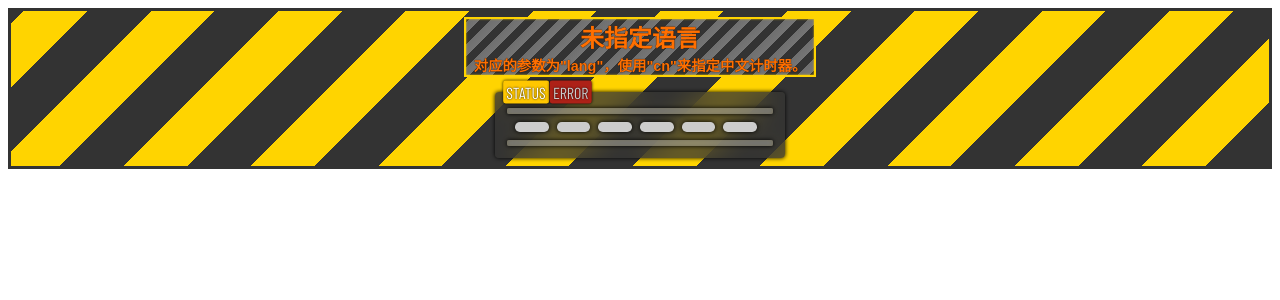
Repository: cirisus/ArknighTimer
Page: timer.html
An editor plug-in stored every save of this project. The page is shown before and after the next save, followed by the edit.
The browser window is 1280 px wide. The pictures show the whole page.
Some web fonts or font styles are not loaded; a fallback is used.

Above is the page before, as saved 2024-03-10 14:27:07.

### timer.html
<!DOCTYPE html>
<html>
  <head>
    <meta charset="UTF-8">
    <meta name="description" content="明日方舟同人中文站计时器本体">
    <meta name="keywords" content="arknights,wiki,timer">
    <link rel="stylesheet" href="timer.css">
    <script src="timer.js"></script>
  </head>

  <body>
    <noscript>此程序强依赖于对应的Javascript脚本。</noscript>
    <div id="timer">
      <div id="stuff">
      <h2 id="title"></h2>

      <div id="clock">
      <div id="progress-bar-up" class="progress-bar"><span id="progress-line-up" class="progress-line"><span></div>
        <div id="years-div" class="unit">
          <span id="years" class="unit-value"></span>
          <span id="years-label" class="unit-label"></span>
        </div>

        <div id="months-div" class="unit">
          <span id="months" class="unit-value"></span>
          <span id="months-label" class="unit-label"></span>
        </div>

        <div id="days-div" class="unit">
          <span id="days" class="unit-value"></span>
          <span id="days-label" class="unit-label"></span>
        </div>

        <div id="hours-div" class="unit">
          <span id="hours" class="unit-value"></span>
          <span id="hours-label" class="unit-label"></span>
        </div>

        <div id="minutes-div" class="unit">
          <span id="minutes" class="unit-value"></span>
          <span id="minutes-label" class="unit-label"></span>
        </div>

        <div id="seconds-div" class="unit">
          <span id="seconds" class="unit-value"></span>
          <span id="seconds-label" class="unit-label"></span>
        </div>
        <div id="progress-bar-down" class="progress-bar"><span id="progress-line-down" class="progress-line"><span></div>
        </div>
      </div>
    </div>
  </body>
</html>

### timer.css
@import url('https://fonts.googleapis.com/css2?family=Barlow+Condensed:ital,wght@0,100;0,200;0,300;0,400;0,500;0,600;0,700;0,800;0,900;1,100;1,200;1,300;1,400;1,500;1,600;1,700;1,800;1,900&display=swap');
@font-face {
  font-family: Glow Sans SC_Condensed;
  src: url(https://cdn.jsdelivr.net/gh/cirisus/ArknighTimer/GlowSans/GlowSansSC-Condensed-Medium.woff2);
  font-weight: normal;
  font-style: normal;
}
:root {
  --secondary-accent: 255, 212, 0;
  --scale-2: 51,51,51;
}
body {
  font-family: 'Glow Sans SC_Condensed',Arial, sans-serif;
  text-shadow: 0 0 1px black;
}
#timer {
  display: grid;
  padding: 0.5rem;
  border: 3px solid rgb(var(--scale-2));
  background: repeating-linear-gradient(-45deg, rgb(var(--scale-2)), rgb(var(--scale-2)) 45px, rgb(var(--secondary-accent)) 0, rgb(var(--secondary-accent)) 90px);
}
#stuff {
  display: grid;
  grid-auto-columns: 1fr;
  grid-auto-rows: 1fr;
  grid-template-columns: 1fr;
  grid-template-rows: min-content 1fr;
  gap: 1px 1px;
  grid-template-areas:
    "title"
    "countdown";
}
#title {
  grid-area: title;
  text-align: center;
  margin-block-start: 0;
  margin-block-end: 0;
  background: rgb(var(--scale-2));
  width: fit-content;
  padding: 0 .5rem;
  margin: auto;
    outline: 2px solid #ffd301;
    box-shadow: inset 0 0 2px #ffd400;
    background-image: repeating-linear-gradient(135deg, rgb(var(--scale-2)), rgb(var(--scale-2)) 8px, rgb(111 111 111) 0, rgb(117 117 117) 16px);
    background-size: 500%;
    animation: progress-bar 300s infinite linear;
}
@keyframes progress-bar {
  0% {
    background-position-x: 100%;
  }
  100% {
    background-position: -400%;
  }
}
#clock {
  display: flex;
  width: fit-content;
  justify-content: center;
  align-items: center;
  flex-wrap: wrap;
  grid-area: countdown;
  color: #f3f2ec;
  background-color: rgb(var(--scale-2), .75);
  -webkit-backdrop-filter: blur(1rem);
  backdrop-filter: blur(1rem);
  text-align: center;
  border-radius: 0.25em;
  margin: 1em auto 0;
  padding: 0 .25rem;
  box-shadow: 0 0 4px black;
  box-sizing: border-box;
  min-width: 150px;
  &::before {
    content: 'Status';
    font-family: "Barlow Condensed", sans-serif;
    position: absolute;
    display: inline-flex;
    top: 0;
    left: 0;
    width: fit-content;
    height: fit-content;
    border-radius: 0.15em;
    background-color: #ffc700;
    z-index: 1;
    transform: translate(18%,-50%);
    box-shadow: 0 0 3px 0px black;
    padding: 2px 3px;
    align-items: center;
    color: white;
    text-shadow: 0 0 2px black;
    text-transform: uppercase;
  }
  &::after {
    content: attr(data-status);
    font-family: "Barlow Condensed", sans-serif;
    position: absolute;
    display: inline-flex;
    top: 0;
    left: 0;
    width: fit-content;
    height: fit-content;
    border-radius: 0.15em;
    z-index: 1;
    transform: translate(100%,-50%);
    box-shadow: 0 0 3px 0px black;
    padding: 2px 3px;
    align-items: center;
    text-shadow: 0 0 2px black;
    text-transform: uppercase;
  }
}
#clock[data-status="running"]::after {
  background-color: #16663e;
  color: #ccc;
}
#clock[data-status="expired"]::after {
  background-color: #ffcc00;
  color: #ccc;
}
#clock[data-status="unstarted"]::after {
  background-color: #003d98;
  color: #ccc;
  transform: translate(80%,-50%);
}
#clock[class="hidden"]::after {
  content: 'error';
  background-color: #ad2117;
  color: #ccc;
  transform: translate(132%,-50%);
}
.progress-bar {
  display: flex;
  position: relative;
  height: 6px;
  background-color: #e5e5e55f;
  width: 100%;
  margin: 1rem 0.5rem 0;
  border-radius: 2px;
  box-shadow: 0 0 4px black, inset 0 0 4px #746f57;
}
.progress-bar:last-child {
  margin: 0 .5rem .75rem
}
.progress-line {
  height: 100%;
  background-color: #4CAF50;
  border-radius: 2px;
  display: inline-flex;
  width: 0%;
  position: absolute;
  transition: .2s;
}
.unit {
  display: inline-flex;
  margin: 0.5em 0;
  justify-content: center;
  align-items: center;
}

.unit-value {
  font-family: "Barlow Condensed", sans-serif;
  font-size: 2em;
  color: #333;
  background-color: #ccc;
  border-radius: 0.15em;
  padding: 0.15em;
  box-shadow: 0 0 5px black;
  min-width: 1.5rem
}

.unit-label {
  font-size: 1.5em;
  padding: 0 .25rem;
}

/* Basic utility classes */
.hidden {
  display: none;
}

.error {
  color: rgb(255, 111, 0);
  animation: none;
}
.error-secondary {
  font-size: 0.6em;
}
.unstarted {
  color: rgb(255, 111, 0);
  animation: none;
}
.progress {
  color: #f3f2ec;
}

.finished {
  color: #fff28e;
  animation: none;
}

### timer.js
// Constants
var SECONDS_MS = 1000;
var MINUTES_MS = SECONDS_MS * 60;
var HOURS_MS = MINUTES_MS * 60;
var DAYS_MS = HOURS_MS * 24;

var SECONDS_ENUM = 0;
var MINUTES_ENUM = 1;
var HOURS_ENUM = 2;
var DAYS_ENUM = 3;
var MONTHS_ENUM = 4;
var YEARS_ENUM = 5;

// Initialization errors are only in English unfortunately.
function setError(primary, secondary = null) {
  var titleElement = document.getElementById('title');
  titleElement.classList.add('error');
  titleElement.innerText = primary;

  var clockElement = document.getElementById('clock');
  clockElement.classList.add('hidden');

  if (secondary) {
    var messageElement = document.createElement('div');
    messageElement.classList.add('error-secondary');
    messageElement.innerText = secondary;
    titleElement.appendChild(messageElement);
  }
}

// Localization
function getMessage(language, messageKey) {
  var translations = {
    // English
    'en': {
      'timer-description': 'Timer expiring at',
      'timer-progress': 'This timer will expire in',
      'timer-finished': 'This timer has been expired since',
      'years': 'years',
      'months': 'months',
      'days': 'days',
      'hours': 'hours',
      'minutes': 'minutes',
      'seconds': 'seconds',
    },

    // French
    'fr': {
      'timer-description': 'Fin du compte à rebours à',
      'timer-progress': 'Ce compte à rebours se terminera dans',
      'timer-finished': 'Ce compte à rebous est terminé depuis',
      'years': 'ans',
      'months': 'mois',
      'days': 'jours',
      'hours': 'heures',
      'minutes': 'minutes',
      'seconds': 'secondes',
    },

    // Pig Latin
    'pig': {
      'timer-description': 'Imertay expiringyay atyay',
      'timer-progress': 'Isthay imertay illway expireyay inyay',
      'timer-finished': 'Isthay imertay ashay eenbay expiredyay incesay',
      'years': 'earsyay',
      'months': 'onthsmay',
      'days': 'aysday',
      'hours': 'ourshay',
      'minutes': 'inutesmay',
      'seconds': 'econdssay',
    },

    // Spanish
    'es': {
      'timer-description': 'El temporizador finaliza en',
      'timer-progress': 'El temporizador finalizará en',
      'timer-finished': 'El temporizador ha finalizado desde hace',
      'years': 'años',
      'months': 'meses',
      'days': 'días',
      'hours': 'horas',
      'minutes': 'minutos',
      'seconds': 'segundos',
    },

    // Vietnamese
    'vi': {
      'timer-description': 'Đồng hồ kết thúc vào',
      'timer-progress': 'Đồng hồ sẽ kết thúc trong',
      'timer-finished': 'Đồng hồ này đã kết thúc kể từ',
      'years': 'năm',
      'months': 'tháng',
      'days': 'ngày',
      'hours': 'giờ',
      'minutes': 'phút',
      'seconds': 'giây',
    },

    // Simplified Chinese
    'cn': {
      'timer-description': '此计时器将过期于：',
      'timer-progress': '此计时器将过期于：',
      'timer-finished': '此计时器已过期：',
      'years': '年',
      'months': '月',
      'days': '日',
      'hours': '时',
      'minutes': '分',
      'seconds': '秒',
    },
  };

  // Special case:
  // The 'test' language just echoes the message key back out.
  if (language === 'test') {
    return messageKey;
  }

  // Get message based on language
  var messages = translations[language];
  if (!messages) {
    setError('暂无此语言的计时器 ' + language);
    return null;
  }

  var message = messages[messageKey];
  if (!message) {
    setError('无效的参数' + messageKey);
    return null;
  }

  return message;
}

function insertCSS(styling) {
  var head = document.head || document.getElementsByTagName('head')[0];
  var style = document.createElement('style');

  style.type = 'text/css';
  style.appendChild(document.createTextNode(styling));
  head.appendChild(style);
}

function getDaysInFebruary(startYear) {
  return (startYear % 4 === 0 && startYear % 100 !== 0)
    || startYear % 400 === 0 ? 29 : 28;
}

function elapsedData(targetTime) {
  var now = new Date();
  var elapsed = now - targetTime;

  if (elapsed >= 0) {
    // Date is in the past
    return {
      elapsed: elapsed,
      finished: true,
      startTime: targetTime,
      endTime: now,
    };
  } else {
    // Date is in the future
    return {
      elapsed: -elapsed,
      finished: false,
      startTime: now,
      endTime: targetTime,
    };
  }
}

// Based on https://stackoverflow.com/a/49201872
// Calculate differences greater than a day.
function dateDiff(startDate, endDate) {
  // Trim sub-day differences to avoid 0.8 days from rounding up.
  var diff = endDate - startDate;
  diff -= Math.floor(diff % DAYS_MS);
  endDate = new Date(startDate.getTime() + diff);

  // Get month data
  var february = getDaysInFebruary(startDate.getFullYear());
  var daysInMonth = [31, february, 31, 30, 31, 30, 31, 31, 30, 31, 30, 31];

  var yearDiff = endDate.getFullYear() - startDate.getFullYear();
  var monthDiff = endDate.getMonth() - startDate.getMonth();
  if (monthDiff < 0) {
    yearDiff--;
    monthDiff += 12;
  }

  var dayDiff = endDate.getDate() - startDate.getDate();
  if (dayDiff < 0) {
    if (monthDiff > 0) {
      monthDiff--;
    } else {
      yearDiff--;
      monthDiff = 11;
    }

    dayDiff += daysInMonth[startDate.getMonth()];
  }

  return {
    years: yearDiff,
    months: monthDiff,
    days: dayDiff,
  };
}

// Calculate difference in time, in all units
function calculateTimeDifference(targetTime, isElapsed) {
  var now = new Date();
  var startTime = isElapsed ? targetTime : now;
  var endTime = isElapsed ? now : targetTime;
  var elapsed = Math.abs(endTime - startTime);

  // Differences > 1 day
  var dateDiffs = dateDiff(startTime, endTime);
  var years = dateDiffs.years;
  var months = dateDiffs.months;
  var days = dateDiffs.days;

  // Differences < 1 day
  elapsed = Math.floor(elapsed % DAYS_MS);

  var hours = Math.floor(elapsed / HOURS_MS);
  elapsed = Math.floor(elapsed % HOURS_MS);

  var minutes = Math.floor(elapsed / MINUTES_MS);
  elapsed = Math.floor(elapsed % MINUTES_MS);

  var seconds = Math.floor(elapsed / SECONDS_MS);
  elapsed = Math.floor(elapsed % MINUTES_MS);

  // Get highest unit present
  var highest;
  if (years > 0) {
    highest = YEARS_ENUM;
  } else if (months > 0) {
    highest = MONTHS_ENUM;
  } else if (days > 0) {
    highest = DAYS_ENUM;
  } else if (hours > 0) {
    highest = HOURS_ENUM;
  } else if (minutes > 0) {
    highest = MINUTES_ENUM;
  } else {
    highest = SECONDS_ENUM;
  }

  return {
    years: years,
    months: months,
    days: days,
    hours: hours,
    minutes: minutes,
    seconds: seconds,
    finished: isElapsed,
    highest: highest,
  };
}
function setTimerField(language, field, value) {
  var visible = value !== null;

  if (visible) {
    document.getElementById(field).innerText = value;
  }

  setTimerFieldVisibility(field, visible);
}

function setTimerFieldVisibility(field, visible) {
  var element = document.getElementById(field + '-div');

  if (visible) {
    element.classList.remove('hidden');
  } else {
    element.classList.add('hidden');
  }
}
function createTimer(language, startTime, targetTime, progressMessage, finishedMessage) {
  progressMessage = progressMessage || getMessage(language, 'timer-progress');
  finishedMessage = finishedMessage || getMessage(language, 'timer-finished');

  // Update routine, to invoke every second
  var timerFields = [
    ['years', YEARS_ENUM, 1],
    ['months', MONTHS_ENUM, 1],
    ['days', DAYS_ENUM, 1],
    ['hours', HOURS_ENUM, 2],
    ['minutes', MINUTES_ENUM, 2],
    ['seconds', SECONDS_ENUM, 2],
  ];

  // Initial application of field labels
  for (var i = 0; i < timerFields.length; i++) {
    var field = timerFields[i][0];
    document.getElementById(field + '-label').innerText = getMessage(language, field);
  }
function updateProgressBar(startTimestamp, targetTime) {
    var now = new Date();
    var startTime = new Date(startTimestamp);
    var elapsed = (now - startTime) / 1000;

    // Calculate total time in seconds
    var totalTime = (targetTime - startTime) / 1000;

    // Calculate progress as a percentage
    var progress;
    if (now < startTime) {
        progress = 0;
    } else if (now >= targetTime) {
        progress = 100;
    } else {
        progress = 100 * elapsed / totalTime;
    }

    // Set progress line
    var progressLines = document.getElementsByClassName('progress-line');
    for (var i = 0; i < progressLines.length; i++) {
        progressLines[i].style.width = progress + '%';
    }
}
  function updateTimer() {
    var now = new Date();
    var remaining;
    var titleElement = document.getElementById('title');

    if (now < startTime) {
      // Before the start time, show the countdown to the start time
      remaining = calculateTimeDifference(startTime, false);
      titleElement.innerText = "距离开始还有";
      titleElement.classList = ['unstarted'];
      document.getElementById('clock').setAttribute('data-status', 'unstarted');
    } else if (now < targetTime) {
      // After the start time but before the end time, show the countdown to the end time
      remaining = calculateTimeDifference(targetTime, false);
      titleElement.innerText = progressMessage;
      titleElement.classList = ['progress'];
      document.getElementById('clock').setAttribute('data-status', 'running');
    } else {
      // After the end time, show the elapsed time since the end time
      remaining = calculateTimeDifference(targetTime, true);
      titleElement.innerText = finishedMessage;
      titleElement.classList = ['finished'];
      document.getElementById('clock').setAttribute('data-status', 'expired');
    }

    // Set individual timer fields
    for (var i = 0; i < timerFields.length; i++) {
      var field = timerFields[i][0];
      var fieldEnum = timerFields[i][1];
      var padWidth = timerFields[i][2];

      // If the value is to be shown, then display it.
      // Ensure digits are padded to the appropriate width.
      var value = remaining.highest >= fieldEnum
        ? String(remaining[field]).padStart(padWidth, '0')
        : null;

      setTimerField(language, field, value);
    }
  }
    // Determine update interval based on highest unit of time
    var initialRemaining = calculateTimeDifference(targetTime, false);
    var updateInterval = MINUTES_MS; // default to update every minute

    if (initialRemaining.highest === HOURS_ENUM || initialRemaining.highest === MINUTES_ENUM || initialRemaining.highest === SECONDS_ENUM) {
      updateInterval = SECONDS_MS; // update every second if the highest unit is minute or second
    }
  // Set title.
  // Since this is meant to be used as an iframe, setting it every tick is pointless.
  document.title = getMessage(language, 'timer-description') + ' ' + targetTime;

  // Configure timer to run regularly.
  updateTimer();
  updateProgressBar(startTime, targetTime);
  var updateTimerInterval = setInterval(updateTimer, 1000);
  var updateProgressBarInterval = setInterval(function() { updateProgressBar(startTime, targetTime); }, updateInterval);

  document.addEventListener('visibilitychange', function() {
    if (document.hidden) {
      clearInterval(updateTimerInterval);
      clearInterval(updateProgressBarInterval);
    } else {
      updateTimerInterval = setInterval(updateTimer, 1000);
      updateProgressBarInterval = setInterval(function() { updateProgressBar(startTime, targetTime); }, updateInterval);
    }
  });
}

function setup() {
  // Get parameters
  var url = new URL(window.location.href);
  var parameters = new URLSearchParams(url.search);
  var language = parameters.get('lang');
  var startTimestamp = parameters.get('start');
  var timestamp = parameters.get('time');
  var progressMessage = parameters.get('progress');
  var finishedMessage = parameters.get('finished');
  var styling = parameters.get('style'); // allows custom CSS to be injected

  // Check parameters
  if (!language) {
    setError('未指定语言', '对应的参数为"lang"，使用"cn"来指定中文计时器。');
    return;
  }

  if (!startTimestamp) {
    setError('未设置开始时间','对应的参数是"start"，可以使用UNIX时间戳或ISO时间字符串。');
    return;
  }

  var startTime;
  if (/^\d+(\.\d+)?$/.exec(startTimestamp)) {
    startTime = new Date(parseFloat(startTimestamp) * 1000);
  } else {
    startTime = new Date(startTimestamp);
    if (isNaN(startTime)) {
      setError('无效开始时间戳', startTimestamp);
      return;
    }
  }

  if (!timestamp) {
    setError('未设置结束时间','对应的参数是"time"，可以使用UNIX时间戳或ISO时间字符串。');
    return;
  }

  var targetTime;
  if (/^\d+(\.\d+)?$/.exec(timestamp)) {
    targetTime = new Date(parseFloat(timestamp) * 1000);
  } else {
    targetTime = new Date(timestamp);
    if (isNaN(targetTime)) {
      setError('无效结束时间戳', timestamp);
      return;
    }
  }

  // Insert custom CSS, if any
  if (styling !== null) {
    insertCSS(styling);
  }

  // Initialize clock
  createTimer(language, startTime, targetTime, progressMessage, finishedMessage);
}

setTimeout(setup, 5);

After the next save:
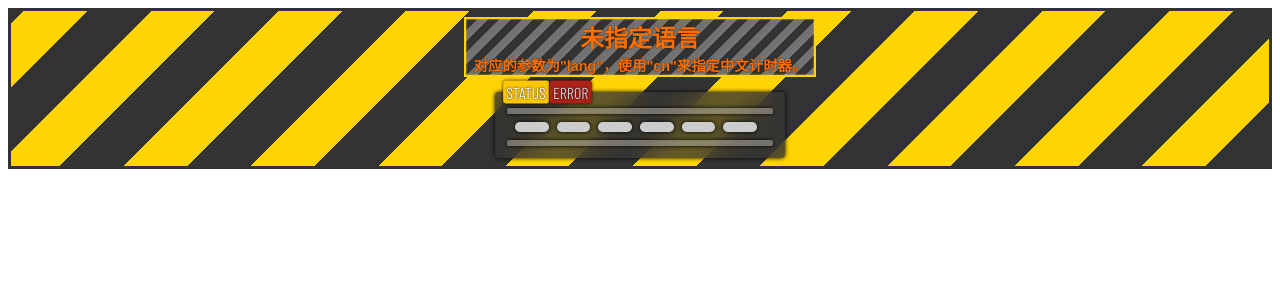
Saved 2 min 31 s later.
--- a/timer.css
+++ b/timer.css
@@ -178,23 +178,21 @@
 .hidden {
   display: none;
 }
-
 .error {
   color: rgb(255, 111, 0);
-  animation: none;
 }
 .error-secondary {
   font-size: 0.6em;
 }
 .unstarted {
   color: rgb(255, 111, 0);
-  animation: none;
 }
 .progress {
   color: #f3f2ec;
 }
-
 .finished {
   color: #fff28e;
-  animation: none;
 }
+.error,.unstarted,.finished {
+  animation: none !important;
+}
